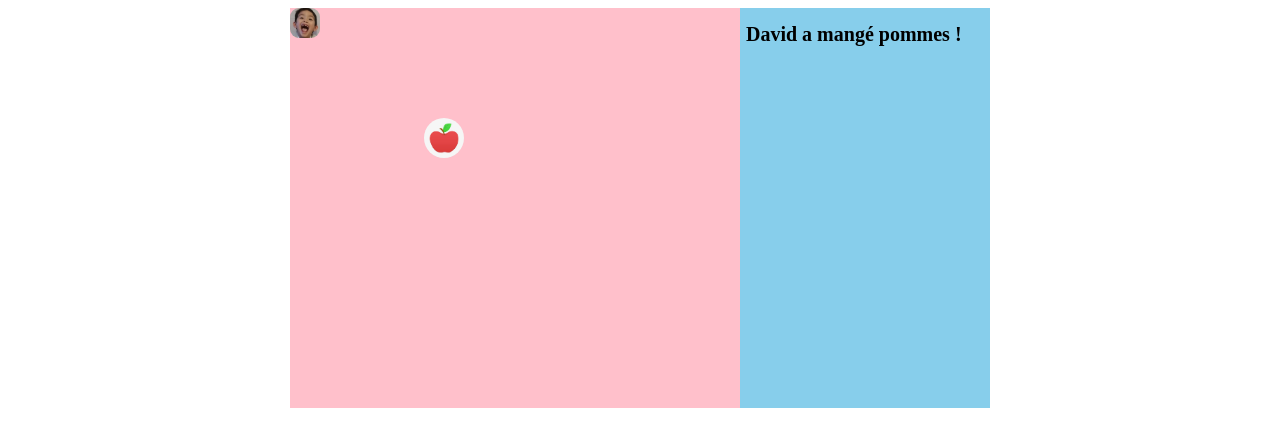
Repository: clairedupuich/kong_jian
Page: snake_game/snake.html
These files come from the project's save history. The page is drawn as it stood at one moment and after a run of saves; the edit follows.
The browser window is 1280 px wide. The pictures show the whole page.

Above is the page before, as saved 2020-12-19 15:42:57.

After the next 4 saves:
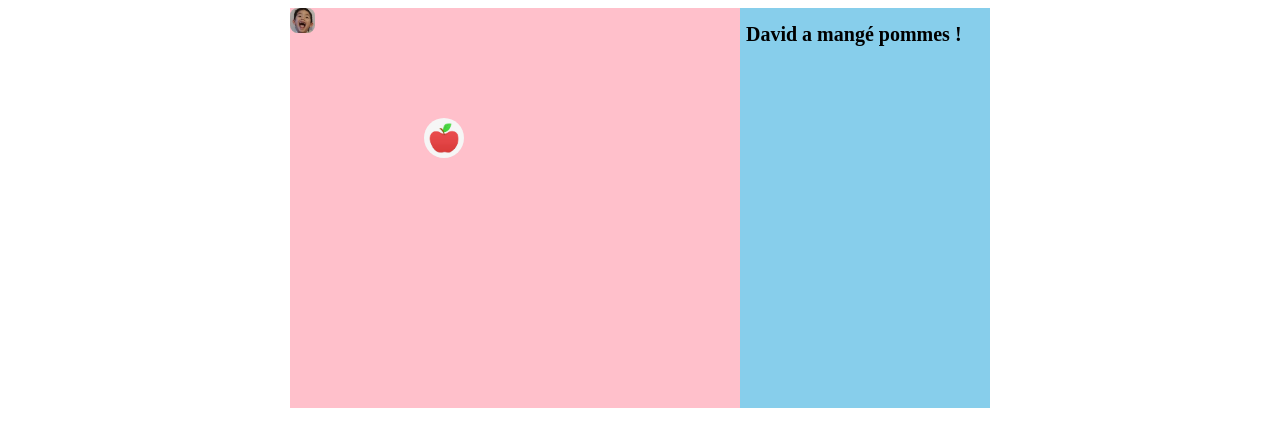
The 4 saves are shown as one change because they came seconds apart.
The last was saved 52 s later.
--- a/snake_game/snake.css
+++ b/snake_game/snake.css
@@ -20,8 +20,8 @@
     background-color: skyblue;
 }
 #snack{
-    height: 30px;
-    width: 30px;
+    height: 25px;
+    width: 25px;
    /*  background-color: red; */
     background-image: url(img/david.png);
     background-position: center;
